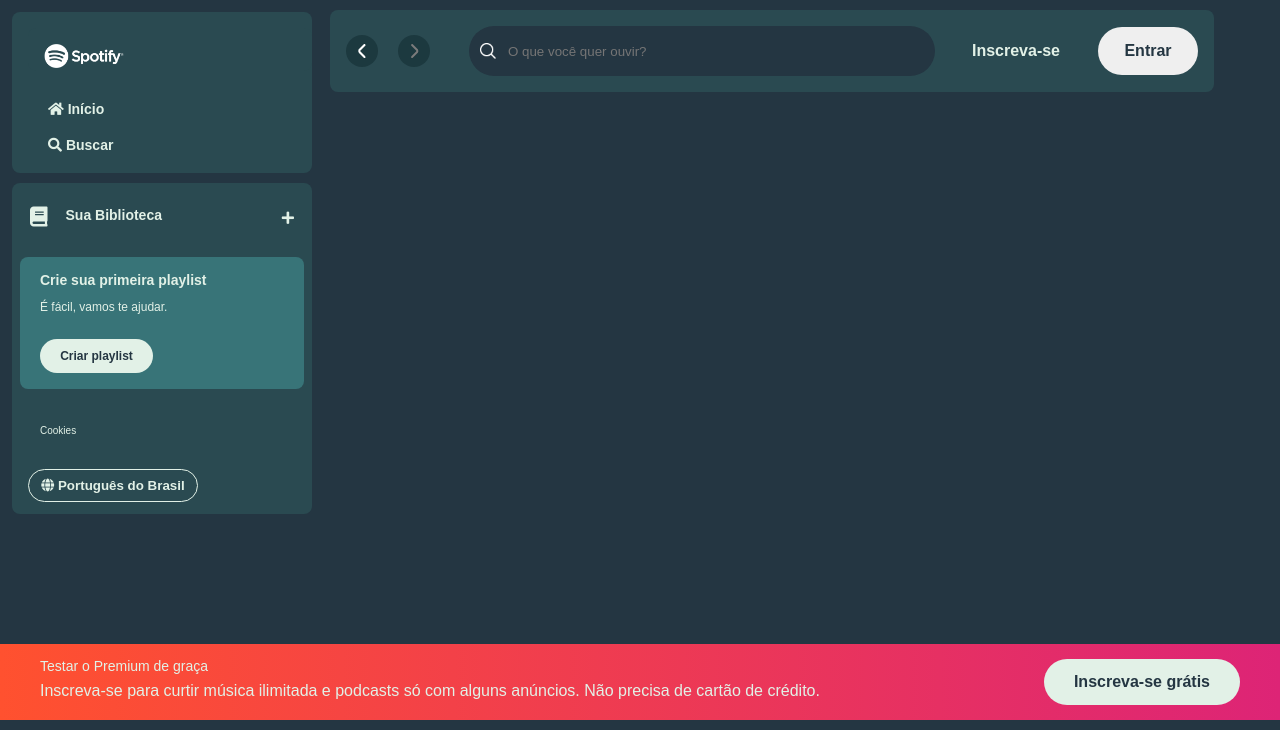
Repository: rafaazevedo-gs/Imers-o-Alura-Front-end
Page: index.html
These files come from the project's save history. The page is drawn as it stood at one moment and after the next save; the edit follows.
The browser window is 1280 px wide. The pictures show the whole page.

Above is the page before, as saved 2025-01-30 20:02:35.

### index.html
<!DOCTYPE html>
<html lang="pt-BR">
<head>
    <meta charset="UTF-8">
    <meta name="viewport" content="width=device-width, initial-scale=1.0">
    <title>Spotify</title>

    <link rel="stylesheet" href="./src/styles/reset.css">
    <link rel="stylesheet" href="./src/styles/vars.css">
    <link rel="stylesheet" href="./src/styles/sidebar-footer.css">
    <link rel="stylesheet" href="./src/styles/main-content.css">
    <link rel="stylesheet" href="https://use.fontawesome.com/releases/v5.15.4/css/solid.css"/>
    <link rel="stylesheet" href="https://use.fontawesome.com/releases/v5.15.4/css/fontawesome.css"/>

</head>
<body>
    <div class="sidebar">
        <nav class="sidebar__navigation">
            <div class="logo">
                <a href="">
                    <img src="./src/assets/icons/logo-spotify.png" alt="Spotify logo">
                </a>
                </div>
                    <ul>
                        <li>
                            <a href="">
                                <span class="fa fa-home"></span>
                                <span>Início</span>
                            </a>
                        </li>
                        <li>
                            <a href="">
                                <span class="fa fa-search"></span>
                                <span>Buscar</span>
                            </a>
                        </li>
                    </ul>
        </nav>
        <div class="library">
            <div class="library__content">
                <button class="library__button">
                    <span class="fa fas fa-book"></span>
                    <span>Sua Biblioteca</span>
                </button>
                <span class="fa fa-plus"></span>
        </div>

        <section class="section-playlist">
            <div class="section-playlist__content">
                <span class="text title">Crie sua primeira playlist</span>
                <span class="text subtitle">É fácil, vamos te ajudar.</span>
                <button class="section-playlist__button">
                    <span>Criar playlist</span>
                </button>
            </div>
        </section>
        <div class="cookies">
            <a href="">Cookies</a>
        </div>
        <div class="languages">
            <button class="languages__button">
                <span class="fa fa-globe"></span>
                <span>Português do Brasil</span>
            </button>
        </div>
    </div>
</div>

<main>
    <div class="main-container">
        <nav class="header__navigation">
            <div class="navigation">
                <button class="arrow-left">
                    <img src="./src/assets/icons/small-left.png" alt="Seta esquerda">
                </button>
                <button class="arrow-right">
                    <img src="./src/assets/icons/small-right.png" alt="Seta direita">
                </button>
            </div>
            <div class="header__search">
                <img src="./src/assets/icons/search.png" alt="">
                <input id="search-input" type="text" maxlength="800" placeholder="O que você quer ouvir?" />
            </div>
            <div class="header__login">
                <button class="subscribe">Inscreva-se</button>
                <button class="login">Entrar</button>
            </div>
        </nav>
    </div>
</main>

    <footer class="disclaimer-premium">
        <div class="text">
            <p class="disclaimer-premium__title">Testar o Premium de graça</p>
            <p class="disclaimer-premium__subtitle">Inscreva-se para curtir música ilimitada e podcasts só com alguns anúncios. Não precisa de cartão de crédito.</p>
        </div>
        <div class="button">
            <button type="button">Inscreva-se grátis</button>
        </div>
    </footer>

</body>
</html>

### src/styles/vars.css
:root {
/* FONT */
--font-dm-sans: 'DM Sans', sans-serif;

/*COLORS*/
--bg-icon: #2a4a51;
--bg-arrow-color: rgba(23, 50, 56, 0.7);
}

### src/styles/sidebar-footer.css
body {
    background-color: #243642;
    font-family: var(--font-dm-sans)
}

.sidebar {
    position: fixed;
    top: 0;
    left: 0;
    bottom: 0;
    padding: 12px;
    width: 300px;
}

.sidebar__navigation {
    background-color: #2a4a51;
    border-radius: 8px;
    padding: 16px 0 0 16px;
}

.sidebar__navigation .logo {
    background: #2a4a51;
    display: flex;
    border-radius: 8px;
    padding: 16px 0 0 16px;
}

.sidebar__navigation .logo img {
    width: 80px;

}

.sidebar ul li {
    padding: 10px 0;
}

.sidebar nav ul {
    margin-top: 20px;
    padding: 0 20px 10px 20px;
}

.sidebar nav ul li a {
    color: #E2F1E7;
    text-decoration: none;
    font-weight: 600;
    font-size: 14px;
}

.library {
    background-color: #2a4a51;
    border-radius: 8px;
    display: flex;
    justify-content: space-between;
    flex-direction: column;
    padding: 4px 8px;
    color: #E2F1E7;
    font-weight: 600;
    font-size: 14px;
    margin-top: 10px;
}

.library .library__content {
    display: flex;
    justify-content: space-between;
}

.library .library__button {
    display: flex;
    margin-right: 10px;
    color: #E2F1E7;
    background-color: transparent;
    border: 0px;
    font-size: 14px;
    font-weight: 700;
    text-align: center;
    text-decoration: none;
    text-transform: none;
    padding: 20px 10px;
}

.library .library__button .fa{
    font-size: 20px;
    font-weight: 300;
    color: #E2F1E7;
    margin-right: 10px;
    padding-right: 8px;
}

.library .library__content .fa-plus {
    margin: 24px 10px;
}

.section-playlist {
    display: flex;
    align-items: flex-start;
    justify-content: space-between;
    gap: 20px;
    background-color: #387478;
    border-radius: 8px;
    color: #E2F1E7;
    font-weight: 600;
    font-size: 14px;
    margin: 8px 0px;
    padding: 16px 20px;
}

.section-playlist .section-playlist__content {
    display: flex;
    flex-direction: column;
}

.section-playlist__content .text {
    padding-bottom: 14px;
    color: #E2F1E7;
}

.section-playlist__content .title {
    font-weight: 700;
}

.section-playlist__content .subtitle {
    font-weight: 500;
    font-size: 12px;
}

.section-playlist__content .section-playlist__button {
    display: flex;
    justify-content: center;
    background-color:#E2F1E7;
    color:#243642;
    border-radius: 20px;
    font-size: 12px;
    font-weight: 700;
    text-decoration: none;
    text-transform: none;
    padding: 10px;
    border: 0px;
    width: 113px;
    margin-top: 12px;
}

.sidebar .cookies {
    margin: 25px 20px;

}

.sidebar .cookies a {
    color: #E2F1E7;
    font-weight: 500;
    font-size: 10px;
    text-decoration: none;
}

.sidebar .cookies a:hover {
    text-decoration: underline;
}

.languages .languages__button {
    background-color:transparent;
    border: 1px solid #E2F1E7;
    border-radius: 20px;
    color: #E2F1E7;
    cursor: pointer;
    align-items: center;
    font-weight: bold;
    width: 170px;
    margin: 8px;
    padding: 8px;
}

.disclaimer-premium {
    position: fixed;
    bottom: 0;
    left: 0;
    right: 0;
    background:linear-gradient(to right, #ff512f, #dd2476);
    padding: 15px 40px;
    display: flex;
    justify-content: space-between;
}

.disclaimer-premium .tex {
    flex-shrink: 0;
}

.disclaimer-premium .disclaimer-premium__title {
    color: #E2F1E7;
    font-weight: 400;
    font-size: 14px;
    margin-bottom: 10px;
}

.disclaimer-premium .disclaimer-premium__subtitle {
    color: #E2F1E7;
    font-weight: 500;
    font-size: 16px;
}

.disclaimer-premium button {
    background-color: #E2F1E7;
    color:#243642;
    font-size: 16px;
    font-weight: bold;
    padding: 14px 30px;
    border: 0px;
    border-radius: 40px;
    cursor: pointer;
    flex-shrink: 0;
}

### src/styles/main-content.css
/* HEADER */

.main-container {
    max-width: 80vw;
    height: 100vh;
    margin-left: 320px;
    margin-right: 56px;
}

.header__navigation {
    display: flex;
    justify-content: space-between;
    align-items: center;
    padding: 16px;
    margin: 10px;
    border-radius: 8px;
    background-color: #2a4a51;
}

.header__navigation .navigation {
    display: flex;
    justify-content:space-around;
    align-items: center;
}

.header__navigation .navigation .arrow-left {
    margin-right: 1.25rem;
}

.arrow-left, .arrow-right {
    display: flex;
    align-items: center;
    justify-content: center;
    width: 32px;
    height: 32px;
    background: var(--bg-icon);
    background-color: var(--bg-arrow-color);
    border-radius: 50%;
    border: none;
    cursor: pointer;
}

.header__login {
    display: flex;
    align-items: center;
}

.header__search {
    display: flex;
    align-items: center;
    width: 464px;
    height: 48px;
    margin-left: 8px;
    background-color: #243642;
    border-radius: 500px;
    border: 1px solid transparent;
}

.header__search img {
    width: 16px;
    height: 16px;
    margin-left: 10px;
}

.header__search input {
    background: transparent;
    border: none;
    padding: 0px 100px 0px 12px;
    color:#E2F1E7;
    text-overflow: ellipsis;
    overflow: hidden;
    white-space: nowrap;
    outline: none;
}

.header__login .subscribe {
    color: #E2F1E7;
    font-size: 16px;
    font-weight: 700;
    background-color: transparent;
    margin-right: 32px;
    border: none;
}

.header__login .login {
    width: 100px;
    height: 48px;
    color: #243642;
    font-size: 16px;
    font-weight: 700;
    border-radius: 40px;
    border: none;
    cursor: pointer;
    text-decoration:dotted;
}

Loaded but not shown: src/styles/reset.css (common file)

After the next save:
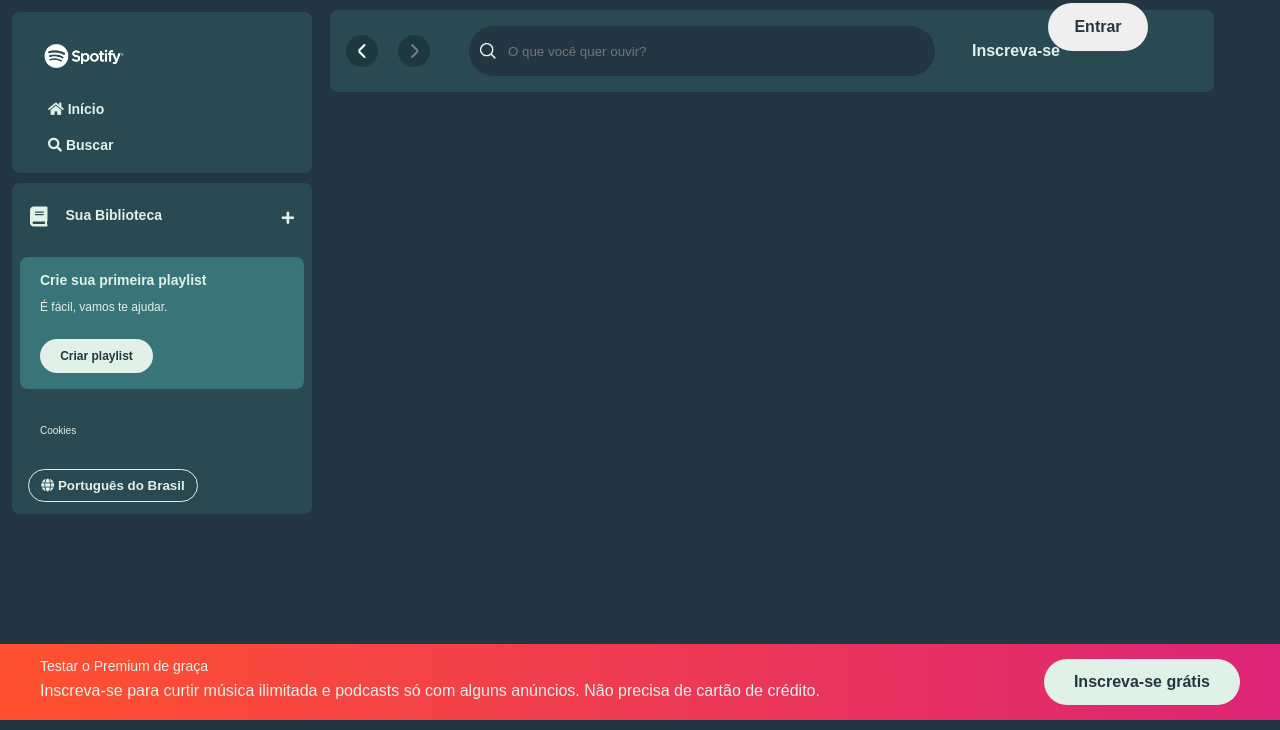
Saved 7 min 38 s later.
--- a/src/styles/main-content.css
+++ b/src/styles/main-content.css
@@ -80,6 +80,7 @@
     background-color: transparent;
     margin-right: 32px;
     border: none;
+    cursor: pointer;
 }
 
 .header__login .login {
@@ -91,5 +92,6 @@
     border-radius: 40px;
     border: none;
     cursor: pointer;
-    text-decoration:dotted;
+    transform: translate3d(-50%, -50%, 0);
+    transition: all 0.3s;
 }

After the save that followed:
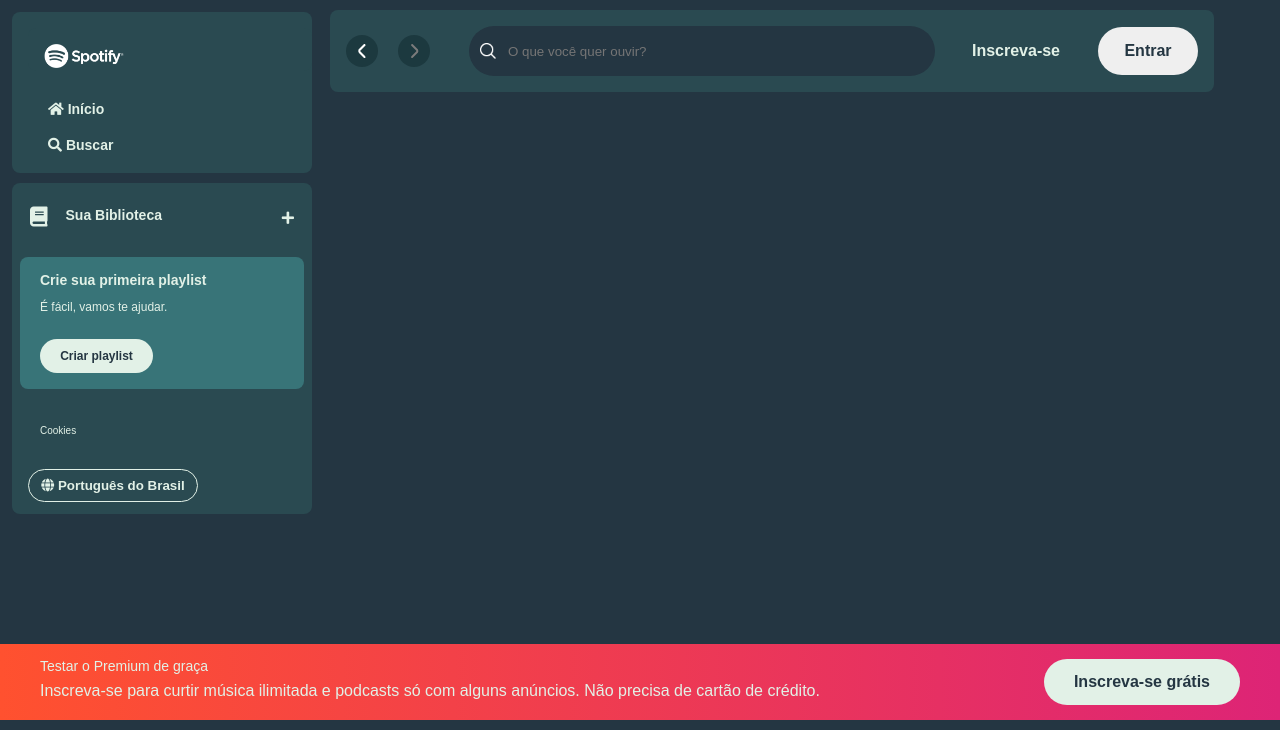
Saved 25 s later.
--- a/src/styles/main-content.css
+++ b/src/styles/main-content.css
@@ -92,6 +92,5 @@
     border-radius: 40px;
     border: none;
     cursor: pointer;
-    transform: translate3d(-50%, -50%, 0);
     transition: all 0.3s;
 }
